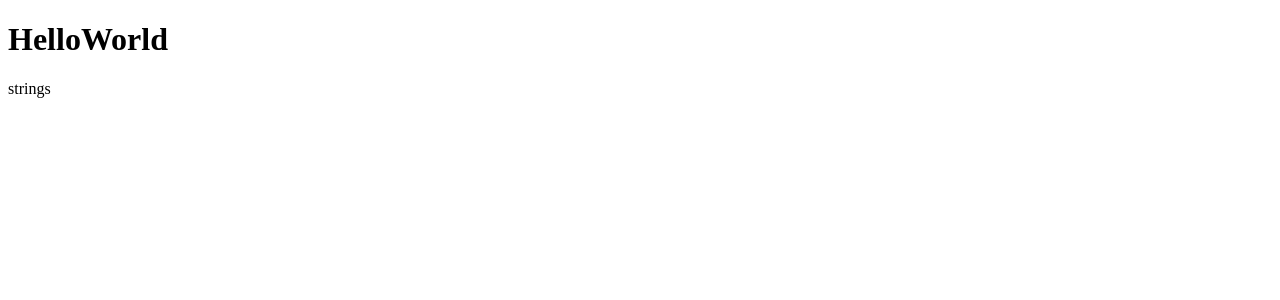
Repository: hongquan16101995/servlet-jw0124
Page: http://localhost/demo/home
The author's editor kept a copy of each file at every save. The page is drawn from the files as they stood at one save, then again after the next save.
The browser window is 1280 px wide. The pictures show the whole page.
The page is served by Tomcat 9.

Above is the page before, as saved 2024-05-07 13:30:19.

After the next save:
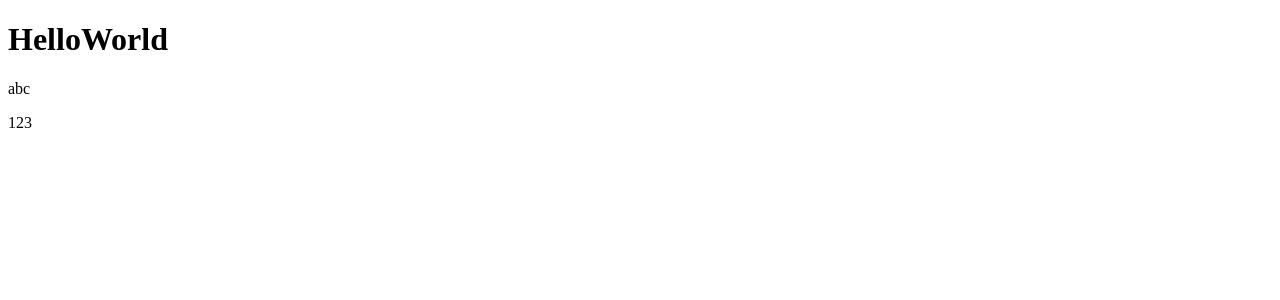
Saved 46 s later.
--- a/demo/src/main/webapp/list.jsp
+++ b/demo/src/main/webapp/list.jsp
@@ -9,7 +9,7 @@
 </head>
 <body>
 <h1>HelloWorld</h1>
-<c:forEach items="strings" var="s">
+<c:forEach items="${strings}" var="s">
 	<p>${s}</p>
 </c:forEach>
 </body>
